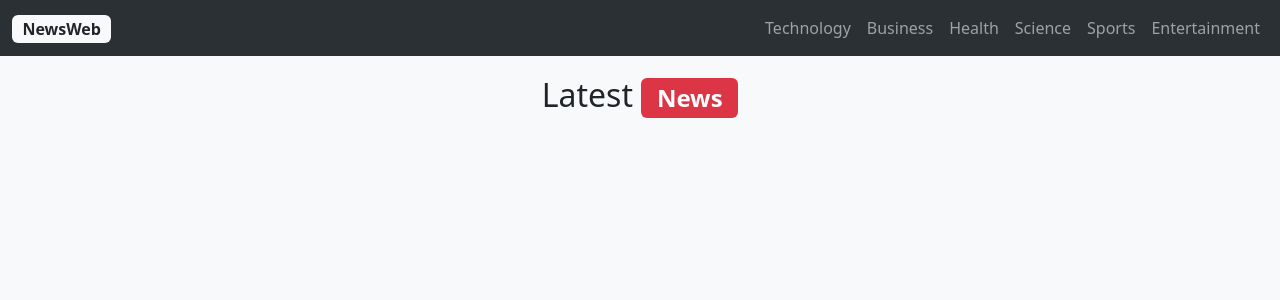
Repository: Abhilash2909/NewsWeb
Page: /
These files come from the project's save history. The page is drawn as it stood at one moment and after the next save; the edit follows.
The browser window is 1280 px wide. The pictures show the whole page.
The page's requests for data from a server got no answer. The project was rebuilt for these pictures with package versions that can differ from the ones it lists, and the page was loaded fresh each time. No one was signed in, and anything a server would have sent is missing. Also part of the build but not shown: vite.config.js, src/Components/NewsItem.jsx, src/App.css.

Above is the page before, as saved 2024-05-22 23:42:22.

After the next save:
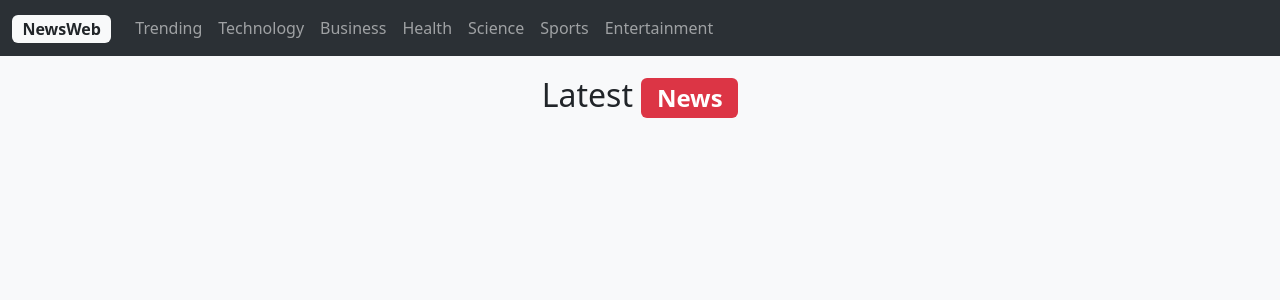
Saved 64 s later.
--- a/src/Components/Navbar.jsx
+++ b/src/Components/Navbar.jsx
@@ -1,62 +1,39 @@
-
-const Navbar = ({setCategory}) => {
+const Navbar = ({ setCategory }) => {
   return (
-
     <nav className="navbar navbar-expand-lg bg-body-tertiary" data-bs-theme="dark">
-
-  <div className="container-fluid">
-
-    <a className="navbar-brand" href="#"><span className="badge bg-light text-dark fs-6">NewsWeb</span></a>
-
-    <button className="navbar-toggler" type="button" data-bs-toggle="collapse" data-bs-target="#navbarNav" aria-controls="navbarNav" aria-expanded="false" aria-label="Toggle navigation">
-      <span className="navbar-toggler-icon"></span>
-    </button>
-
-
-    {/* <div className="collapse navbar-collapse" id="navbarNav"> */}
-      <ul className="navbar-nav">
-        <li className="nav-item">
-          {/* <div className="nav-link" href="#" onClick={()=>setCategory("technology")}>Technology</div> */}
-          {/* <a className="navbar-brand" href="#"><span className="badge bg-light text-dark fs-6">Technology</span></a> */}
-          <a className="nav-link" onClick={()=>setCategory("Technology")}>Technology</a>
-        </li>
-        <li className="nav-item">
-          {/* <div className="nav-link" onClick={()=>setCategory("business")}>Business</div> */}
-          {/* <a className="navbar-brand" href="#"><span className="badge bg-light text-dark fs-6">Business</span></a> */}
-          <a className="nav-link" onClick={()=>setCategory("Business")}>Business</a>
-        </li>
-
-        <li className="nav-item">
-          {/* <div className="nav-link" onClick={()=>setCategory("health")}>Health</div> */}
-          <a className="nav-link" onClick={()=>setCategory("health")}>Health</a>
-        </li>
-
-        <li className="nav-item">
-          {/* <div className="nav-link" onClick={()=>setCategory("science")}>Science</div> */}
-          {/* <a className="navbar-brand" href="#"><span className="badge bg-light text-dark fs-6">Science</span></a> */}
-          <a className="nav-link" onClick={()=>setCategory("Science")}>Science</a>
-        </li>
-
-        {/* <li className="nav-item"> */}
-          {/* <div className="nav-link" onClick={()=>setCategory("sports")}>Sports</div> */}
-          {/* <a className="navbar-brand" href="#"><span className="badge bg-light text-dark fs-6">Sports</span></a> */}
-          <a className="nav-link" onClick={()=>setCategory("Sports")}>Sports</a>
-        {/* </li> */}
-
-        {/* <li className="nav-item"> */}
-          {/* <div className="nav-link" onClick={()=>setCategory("entertainment")}>Entertainment</div> */}
-          {/* <a className="navbar-brand" href="#"><span className="badge bg-light text-dark fs-6">Entertainment</span></a> */}
-          <a className="nav-link" onClick={()=>setCategory("Entertainment")}>Entertainment</a>
-        {/* </li> */}
-
-
-
-      </ul>
-    </div>
-  {/* </div> */}
-
-</nav>
-  )
+      <div className="container-fluid">
+        <a className="navbar-brand" href="#"><span className="badge bg-light text-dark fs-6">NewsWeb</span></a>
+        <button className="navbar-toggler" type="button" data-bs-toggle="collapse" data-bs-target="#navbarNav" aria-controls="navbarNav" aria-expanded="false" aria-label="Toggle navigation">
+          <span className="navbar-toggler-icon"></span>
+        </button>
+        <div className="collapse navbar-collapse" id="navbarNav">
+          <ul className="navbar-nav">
+            <li className="nav-item">
+              <div className="nav-link" onClick={() => setCategory("trending")}>Trending</div>
+            </li>
+            <li className="nav-item">
+              <div className="nav-link" onClick={() => setCategory("technology")}>Technology</div>
+            </li>
+            <li className="nav-item">
+              <div className="nav-link" onClick={() => setCategory("business")}>Business</div>
+            </li>
+            <li className="nav-item">
+              <div className="nav-link" onClick={() => setCategory("health")}>Health</div>
+            </li>
+            <li className="nav-item">
+              <div className="nav-link" onClick={() => setCategory("science")}>Science</div>
+            </li>
+            <li className="nav-item">
+              <div className="nav-link" onClick={() => setCategory("sports")}>Sports</div>
+            </li>
+            <li className="nav-item">
+              <div className="nav-link" onClick={() => setCategory("entertainment")}>Entertainment</div>
+            </li>
+          </ul>
+        </div>
+      </div>
+    </nav>
+  );
 }
 
-export default Navbar
+export default Navbar;
